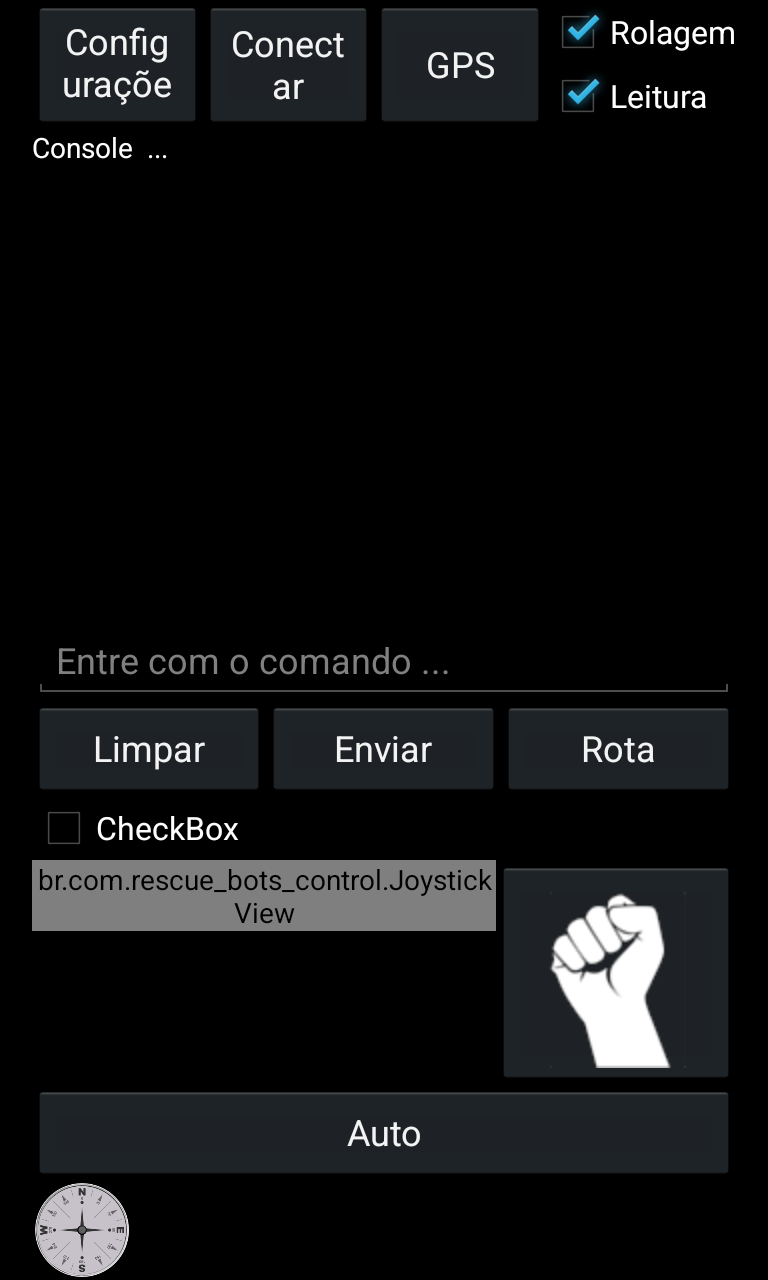
Repository: nova3dtecnologias/rescue_bot
Layout: rescue-bots-android/res/layout/activity_main_blue.xml
The author's editor kept a copy of each file at every save. The layout is drawn from the files as they stood at one save, then again after the next save.
Pictures or frames that could not be fetched are drawn as grey boxes. It is drawn on a 768 x 1280 px phone screen (xhdpi) without system bars, with theme android:Theme.Holo; the app's code is not run.

Above is the layout before, as saved 2016-06-28 15:03:57.

### rescue-bots-android/res/layout/activity_main_blue.xml
<LinearLayout xmlns:android="http://schemas.android.com/apk/res/android"
    xmlns:tools="http://schemas.android.com/tools"
    android:layout_width="fill_parent"
    android:layout_height="fill_parent"
    android:orientation="vertical"
    android:paddingLeft="16dp"
    android:paddingRight="16dp"
    tools:context=".MainActivity" >

    <LinearLayout
        android:layout_width="fill_parent"
        android:layout_height="wrap_content"
        android:orientation="horizontal" >

        <Button
            android:id="@+id/buttonConfig2"
            android:layout_width="0dp"
            android:layout_height="fill_parent"
            android:layout_weight="5"
            android:text="Configurações" />

        <Button
            android:id="@+id/btnDisconnect"
            android:layout_width="0dp"
            android:layout_height="fill_parent"
            android:layout_weight="5"
            android:text="Conectar" />

        <Button
            android:id="@+id/btnClearInput"
            android:layout_width="0dp"
            android:layout_height="fill_parent"
            android:layout_weight="5"
            android:text="GPS" />

        <LinearLayout
            android:layout_width="wrap_content"
            android:layout_height="wrap_content"
            android:orientation="vertical" >

            <CheckBox
                android:id="@+id/chkScroll"
                android:layout_width="wrap_content"
                android:layout_height="wrap_content"
                android:layout_margin="0dp"
                android:checked="true"
                android:text="Rolagem" />

            <CheckBox
                android:id="@+id/chkReceiveText"
                android:layout_width="wrap_content"
                android:layout_height="wrap_content"
                android:checked="true"
                android:text="Leitura" />
        </LinearLayout>
    </LinearLayout>

    <ScrollView
        android:id="@+id/viewScroll"
        android:layout_width="fill_parent"
        android:layout_height="0dp"
         android:layout_weight="0.3" >

        <TextView
            android:id="@+id/txtReceive"
            style="@color/white"
            android:layout_width="fill_parent"
            android:layout_height="wrap_content"
            android:layout_gravity="top"
            android:background="@color/black"
            android:freezesText="false"
            android:hint="Console  ..."
            android:scrollbars="vertical"
            android:textColorHint="@color/white"
            android:textColorLink="@color/white"
            android:typeface="normal" />

    </ScrollView>

    <EditText
        android:id="@+id/editSend"
        android:layout_width="fill_parent"
        android:layout_height="wrap_content"
        android:hint="Entre com o comando ..."
        android:focusableInTouchMode="false"
        android:inputType="text" />

    <LinearLayout
        android:layout_width="fill_parent"
        android:layout_height="wrap_content"
        android:orientation="horizontal" >

        <Button
            android:id="@+id/btnClear"
            android:layout_width="0dp"
            android:layout_height="wrap_content"
            android:layout_weight="2"
            android:padding="5dp"
            android:text="Limpar" />

        <Button
            android:id="@+id/btnSend"
            android:layout_width="0dp"
            android:layout_height="wrap_content"
            android:layout_weight="2"
            android:padding="5dp"
            android:text="Enviar" />

        <Button
            android:id="@+id/buttonRoute"
            android:layout_width="0dp"
            android:layout_height="wrap_content"
            android:layout_weight="2"
            android:text="Rota"
            android:onClick="routeOnClick"/>

    </LinearLayout>

    <RelativeLayout
        android:layout_width="match_parent"
        android:layout_height="wrap_content" >

        <br.com.rescue_bots_control.JoystickView
            android:id="@+id/viewJoystick"
            android:layout_width="wrap_content"
            android:layout_height="wrap_content"
            android:layout_alignParentLeft="true"
            android:layout_below="@+id/checkBoxJoystickEnable"
            android:layout_toLeftOf="@+id/imageButtonClaw" />

        <ImageButton
            android:id="@+id/imageButtonClaw"
            android:layout_width="wrap_content"
            android:layout_height="wrap_content"
            android:layout_alignParentRight="true"
            android:layout_below="@+id/checkBoxJoystickEnable"
            android:src="@drawable/hand_close" />

        <CheckBox
            android:id="@+id/checkBoxJoystickEnable"
            android:layout_width="wrap_content"
            android:layout_height="wrap_content"
            android:layout_alignParentLeft="true"
            android:layout_alignParentRight="true"
            android:layout_alignParentTop="true"
            android:text="CheckBox" />

    </RelativeLayout>

    <Button
        android:id="@+id/buttonAddCoord"
        android:layout_width="match_parent"
        android:layout_height="wrap_content"
        android:text="Auto"
        android:onClick="autoOnClick"/>

    <LinearLayout
        android:layout_width="match_parent"
        android:layout_height="wrap_content" >

        <ImageView
            android:id="@+id/compassImg"
            android:layout_width="50dp"
            android:layout_height="50dp"
            android:src="@drawable/compass" />

        <TextView
            android:id="@+id/editTextAngle"
            android:layout_width="match_parent"
            android:layout_height="wrap_content"
            android:layout_weight="1"
            android:ems="10" >


        </TextView>

    </LinearLayout>

</LinearLayout> <!-- </RelativeLayout> -->

Loaded but not shown: rescue-bots-android/res/values/colors.xml (common file)

After the next save:
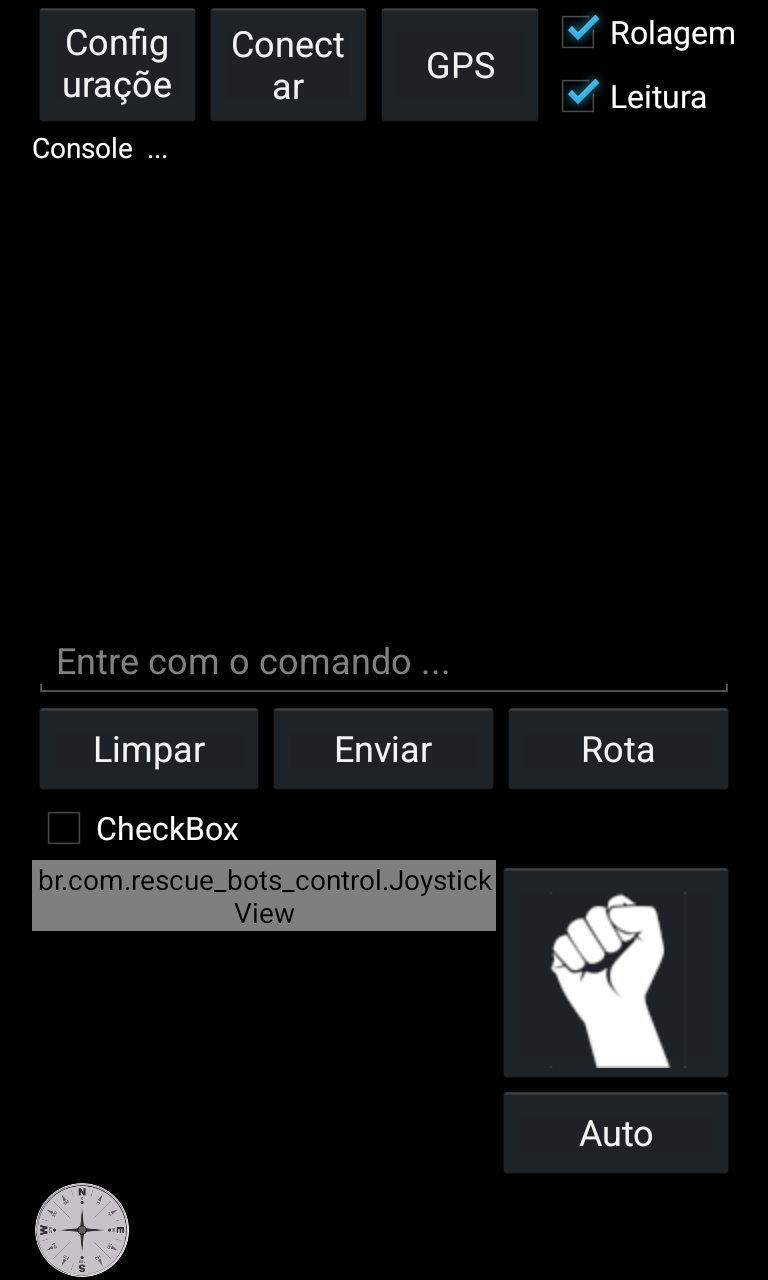
Saved 54 s later.
--- a/rescue-bots-android/res/layout/activity_main_blue.xml
+++ b/rescue-bots-android/res/layout/activity_main_blue.xml
@@ -145,14 +145,16 @@
             android:layout_alignParentTop="true"
             android:text="CheckBox" />
 
+        <Button
+            android:id="@+id/buttonAddCoord"
+            android:layout_width="match_parent"
+            android:layout_height="wrap_content"
+            android:layout_alignLeft="@+id/imageButtonClaw"
+            android:layout_below="@+id/imageButtonClaw"
+            android:onClick="autoOnClick"
+            android:text="Auto" />
+
     </RelativeLayout>
-
-    <Button
-        android:id="@+id/buttonAddCoord"
-        android:layout_width="match_parent"
-        android:layout_height="wrap_content"
-        android:text="Auto"
-        android:onClick="autoOnClick"/>
 
     <LinearLayout
         android:layout_width="match_parent"
